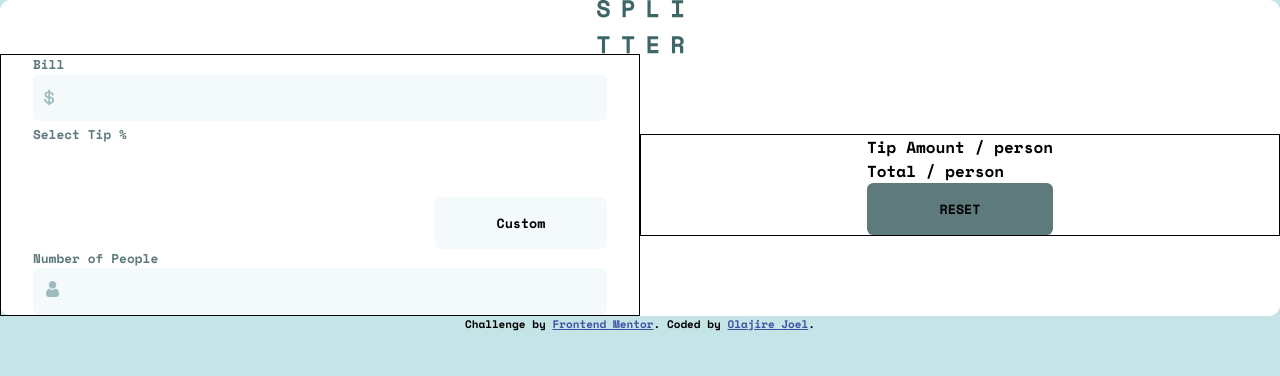
Repository: JuzzJoel/tip-calculator-app-main
Page: index.html
The author's editor kept a copy of each file at every save. The page is drawn from the files as they stood at one save, then again after the next save.
The browser window is 1280 px wide. The pictures show the whole page.

Above is the page before, as saved 2025-05-25 08:04:56.

After the next save:
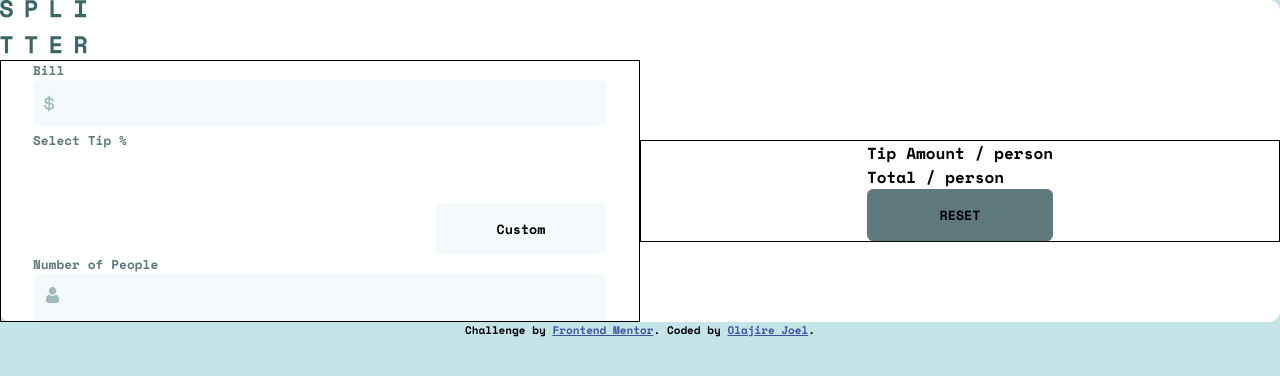
Saved 17 s later.
--- a/index.html
+++ b/index.html
@@ -72,9 +72,8 @@
       flex-direction: column;
     }
     .logo{
-      display: flex;
-      justify-content: center;
-      align-items: center;
+        @apply --flex-center;
+
     }
     .calculator{
       display: flex;

After the save that followed:
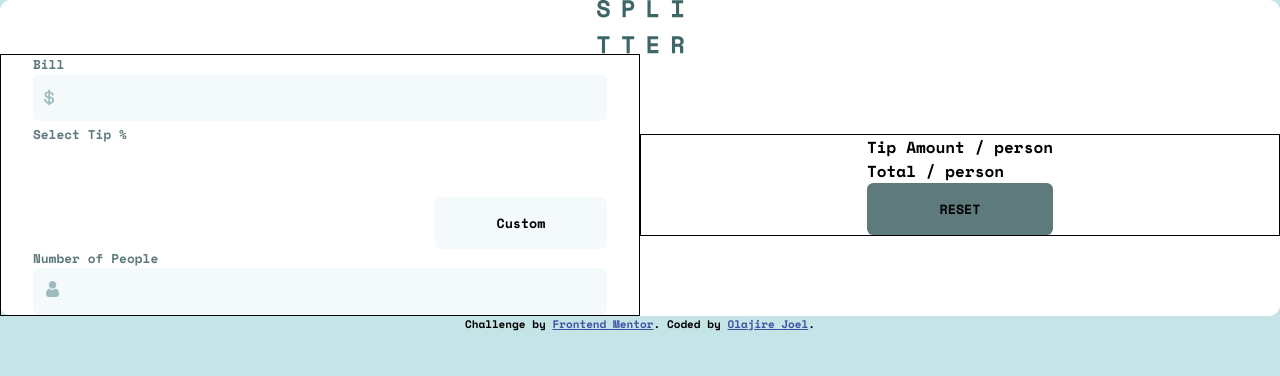
Saved 12 s later.
--- a/index.html
+++ b/index.html
@@ -72,8 +72,9 @@
       flex-direction: column;
     }
     .logo{
-        @apply --flex-center;
-
+      display: flex;
+      justify-content: center;
+      align-items: center;
     }
     .calculator{
       display: flex;
